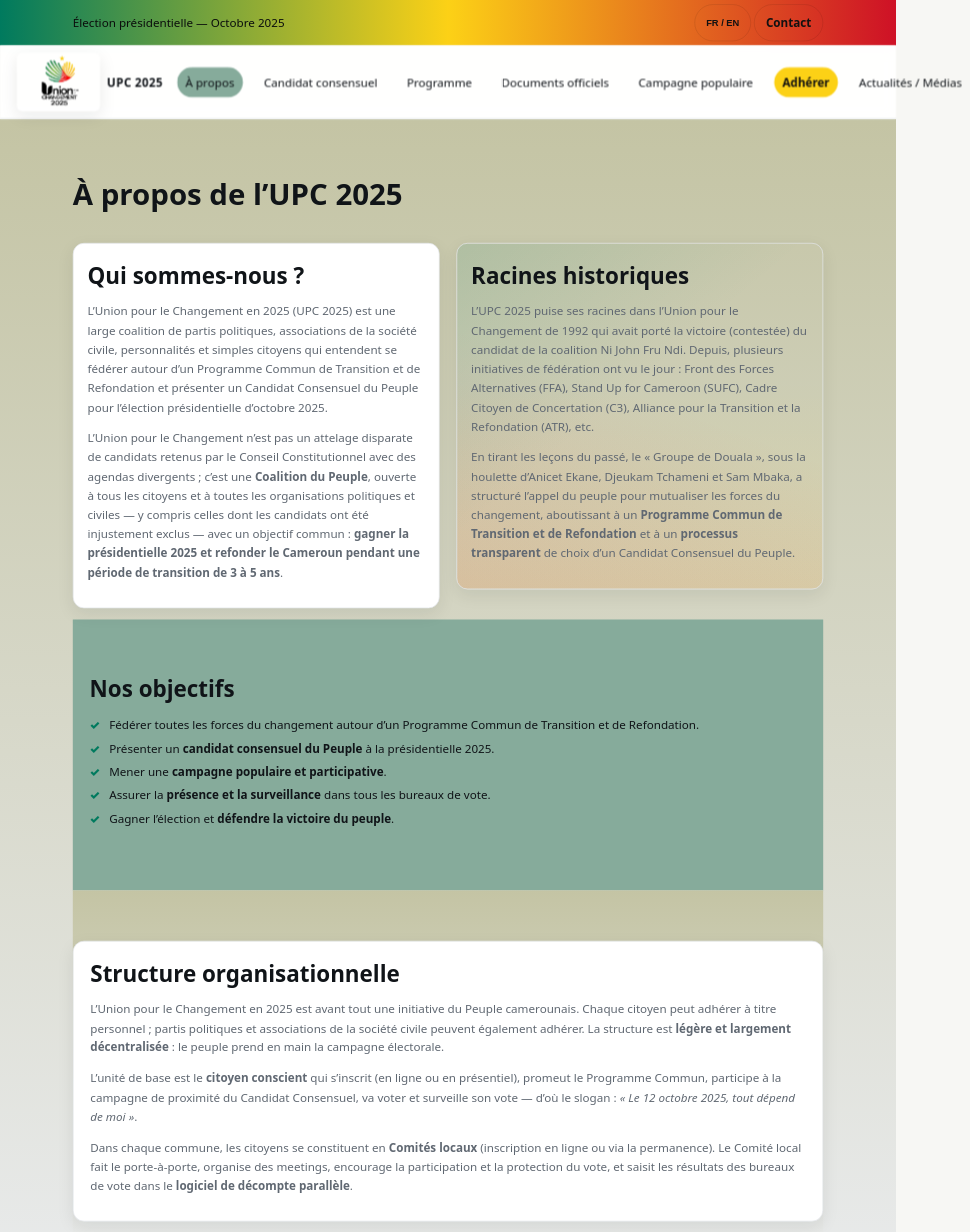
Repository: Kishny/upc2025
Page: a-propos.html
These files come from the project's save history. The page is drawn as it stood at one moment and after the next save; the edit follows.
The browser window is 1280 px wide. The page is 1386 px wide, so the pictures cover 1386 px, including what lies to the right of the window. The pictures show the part of the page from y = 0 to 1760 px (the page is 2872 px tall), at 70% of full size.

Above is the page before, as saved 2025-09-11 23:37:15.
Console error: ReferenceError: DICT_ABOUT is not defined

After the next save:
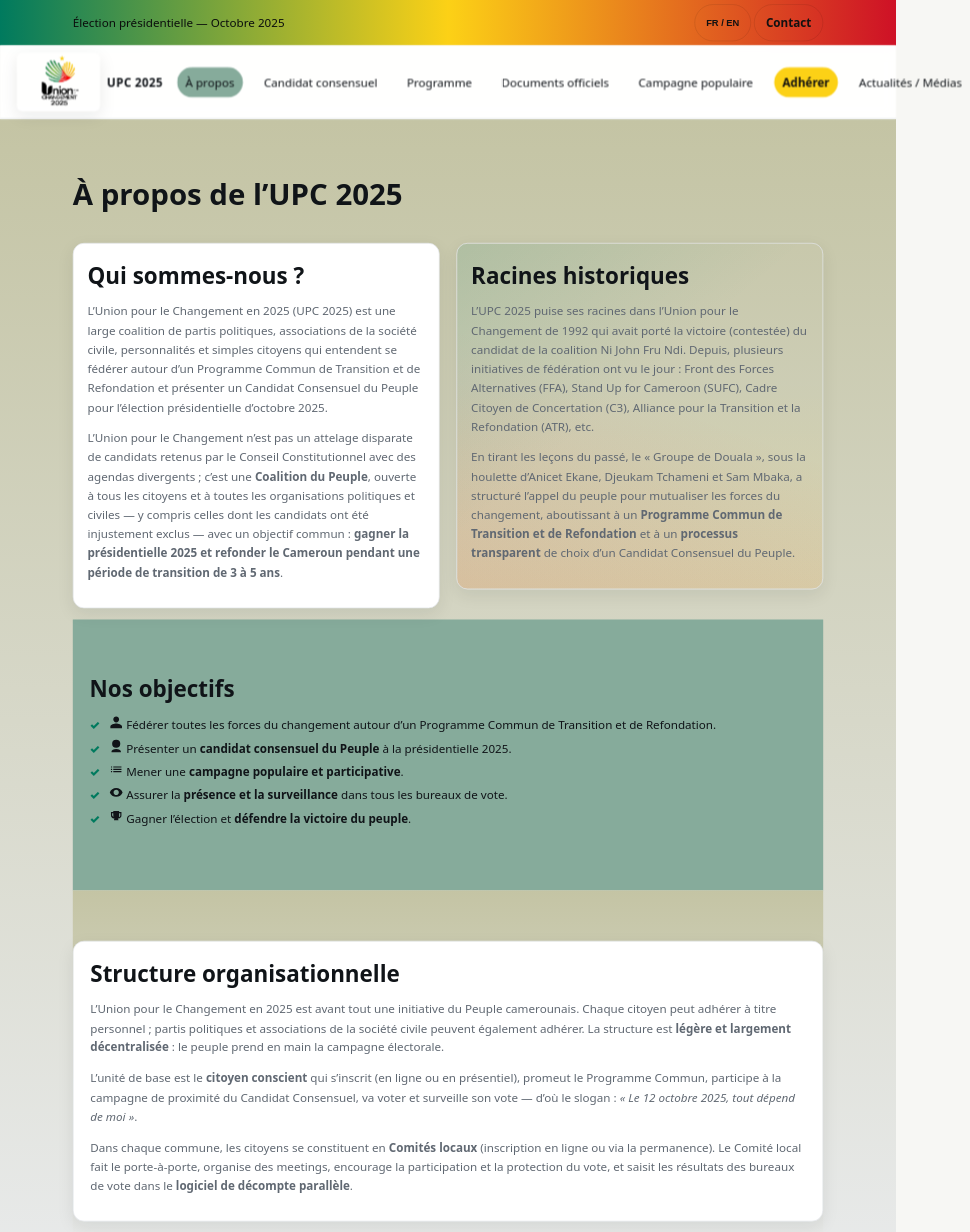
Saved 4 min 7 s later.
--- a/a-propos.html
+++ b/a-propos.html
@@ -130,30 +130,101 @@
         </div>
 
         <!-- Nos objectifs -->
+        <!-- Nos objectifs -->
         <section class="section section--alt" style="margin-top: 16px">
           <div class="container">
             <h2 data-i18n="about_goals_title">Nos objectifs</h2>
-            <ul class="checklist">
+            <ul class="checklist goals">
               <li data-i18n="about_goals_1">
+                <!-- Icône coalition -->
+                <svg
+                  class="goal__icon"
+                  xmlns="http://www.w3.org/2000/svg"
+                  width="20"
+                  height="20"
+                  fill="currentColor"
+                  viewBox="0 0 24 24"
+                >
+                  <path
+                    d="M12 12c2.7 0 5-2.3 5-5s-2.3-5-5-5-5 2.3-5 5 2.3 5 5 5zm0 2c-3.3 0-10 1.7-10 5v3h20v-3c0-3.3-6.7-5-10-5z"
+                  />
+                </svg>
                 Fédérer toutes les forces du changement autour d’un Programme
                 Commun de Transition et de Refondation.
               </li>
+
               <li data-i18n="about_goals_2">
+                <!-- Icône candidat -->
+                <svg
+                  class="goal__icon"
+                  xmlns="http://www.w3.org/2000/svg"
+                  width="20"
+                  height="20"
+                  fill="currentColor"
+                  viewBox="0 0 24 24"
+                >
+                  <path
+                    d="M12 2a7 7 0 110 14 7 7 0 010-14zm0 16c-4.4 0-8 2-8 4v2h16v-2c0-2-3.6-4-8-4z"
+                  />
+                </svg>
                 Présenter un <strong>candidat consensuel du Peuple</strong> à la
                 présidentielle 2025.
               </li>
+
               <li data-i18n="about_goals_3">
+                <!-- Icône campagne -->
+                <svg
+                  class="goal__icon"
+                  xmlns="http://www.w3.org/2000/svg"
+                  width="20"
+                  height="20"
+                  fill="currentColor"
+                  viewBox="0 0 24 24"
+                >
+                  <path
+                    d="M3 13h2v-2H3v2zm4 0h14v-2H7v2zM3 17h2v-2H3v2zm4 0h14v-2H7v2zM3 9h2V7H3v2zm4 0h14V7H7v2z"
+                  />
+                </svg>
                 Mener une <strong>campagne populaire et participative</strong>.
               </li>
+
               <li data-i18n="about_goals_4">
+                <!-- Icône surveillance -->
+                <svg
+                  class="goal__icon"
+                  xmlns="http://www.w3.org/2000/svg"
+                  width="20"
+                  height="20"
+                  fill="currentColor"
+                  viewBox="0 0 24 24"
+                >
+                  <path
+                    d="M12 4.5C7 4.5 2.7 7.6 1 12c1.7 4.4 6 7.5 11 7.5s9.3-3.1 11-7.5c-1.7-4.4-6-7.5-11-7.5zm0 12c-2.5 0-4.5-2-4.5-4.5S9.5 7.5 12 7.5 16.5 9.5 16.5 12 14.5 16.5 12 16.5z"
+                  />
+                </svg>
                 Assurer la <strong>présence et la surveillance</strong> dans
                 tous les bureaux de vote.
               </li>
+
               <li data-i18n="about_goals_5">
+                <!-- Icône victoire -->
+                <svg
+                  class="goal__icon"
+                  xmlns="http://www.w3.org/2000/svg"
+                  width="20"
+                  height="20"
+                  fill="currentColor"
+                  viewBox="0 0 24 24"
+                >
+                  <path
+                    d="M17 3H7v2H3v6c0 2.8 2.2 5 5 5h1l-1 3h8l-1-3h1c2.8 0 5-2.2 5-5V5h-4V3zM5 11V7h2v4c0 .7.1 1.3.4 1.9-1.3-.3-2.4-1.5-2.4-2.9zm14 0c0 1.4-1 2.6-2.4 2.9.3-.6.4-1.2.4-1.9V7h2v4z"
+                  />
+                </svg>
                 Gagner l’élection et
                 <strong>défendre la victoire du peuple</strong>.
               </li>
             </ul>
+
             <p
               class="muted"
               style="margin-top: 8px"
